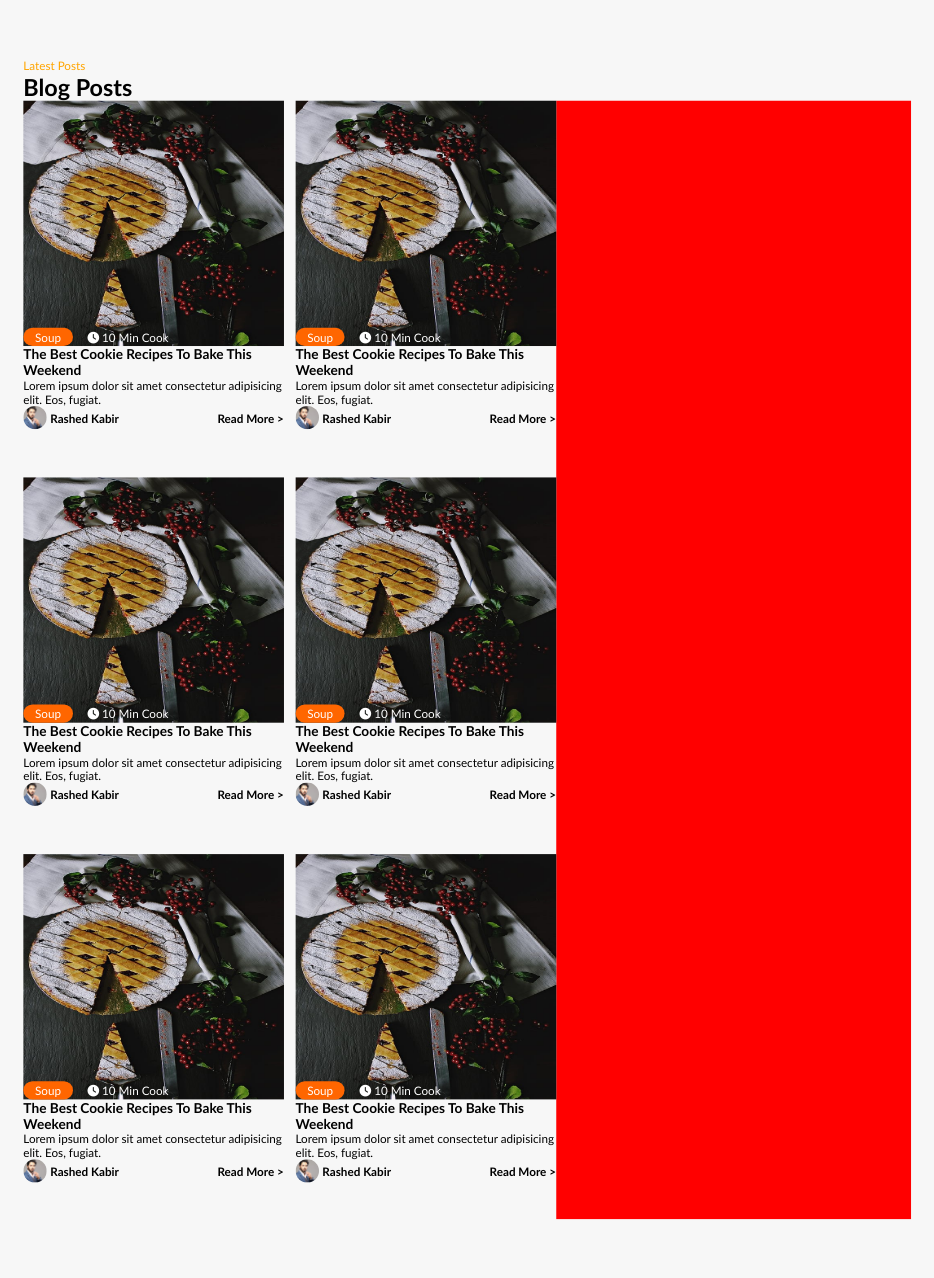
Repository: ngoctinvo/diner_project_cybersoft
Page: html/blog.html
These files come from the project's save history. The page is drawn as it stood at one moment and after the next save; the edit follows.
The browser window is 1280 px wide. The pictures show the whole page, at 73% of full size.
Some web libraries are served in a nearby version. The style sheet was rebuilt from its Sass, Less or Tailwind sources for each picture, by a compiler version that may differ from the author's.

Above is the page before, as saved 2022-04-19 10:22:24.

After the next save:
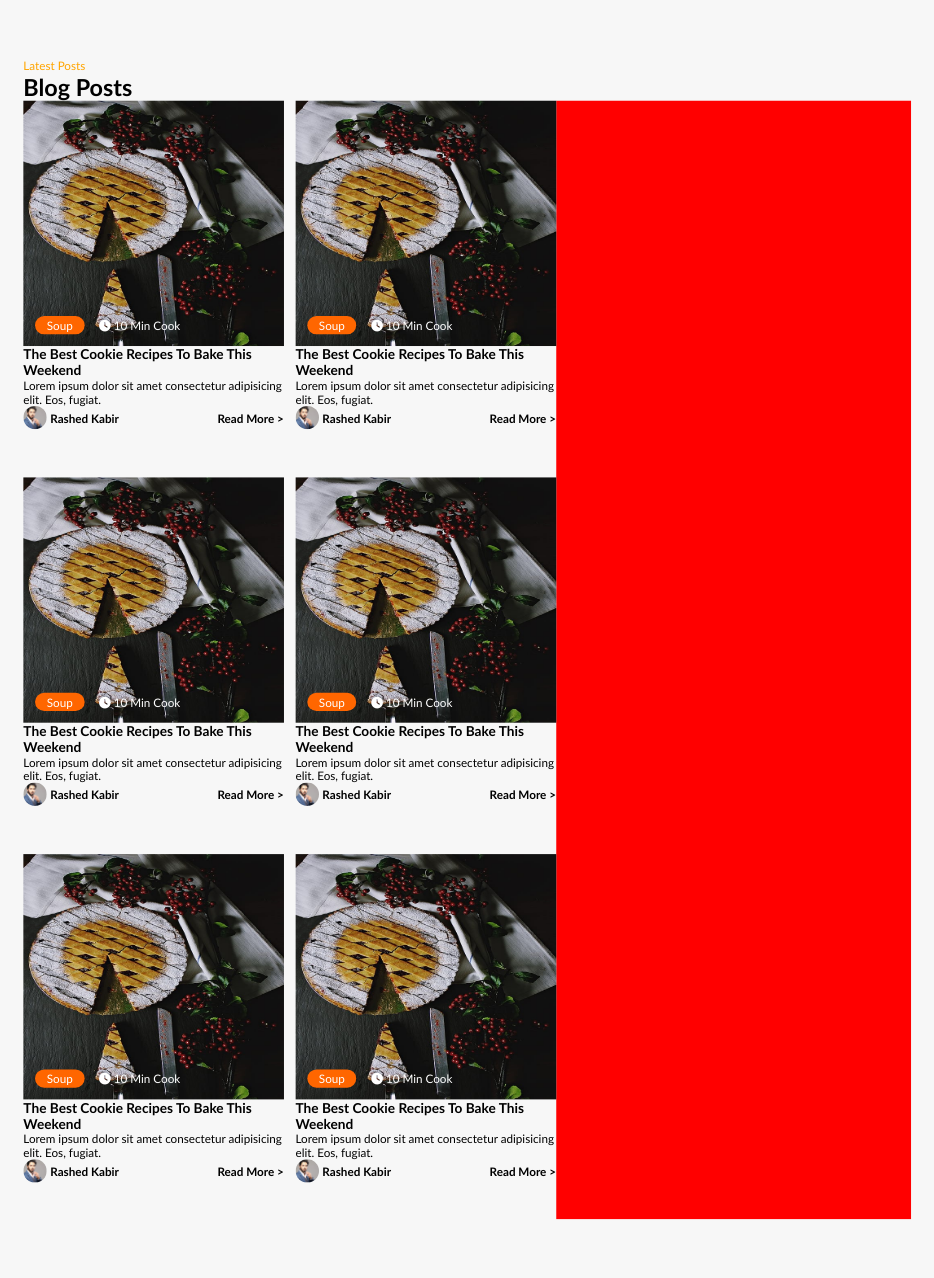
Saved 14 s later.
--- a/sass/blog.scss
+++ b/sass/blog.scss
@@ -52,7 +52,7 @@
                                     padding: 0.2rem 1rem;
                                     border-radius: 1rem;
                                     border: none;
-                                    margin-right: 1rem;
+                                    margin: 1rem 1rem;
                                     background-color: #ff6600;
                                 }
                                 span {
